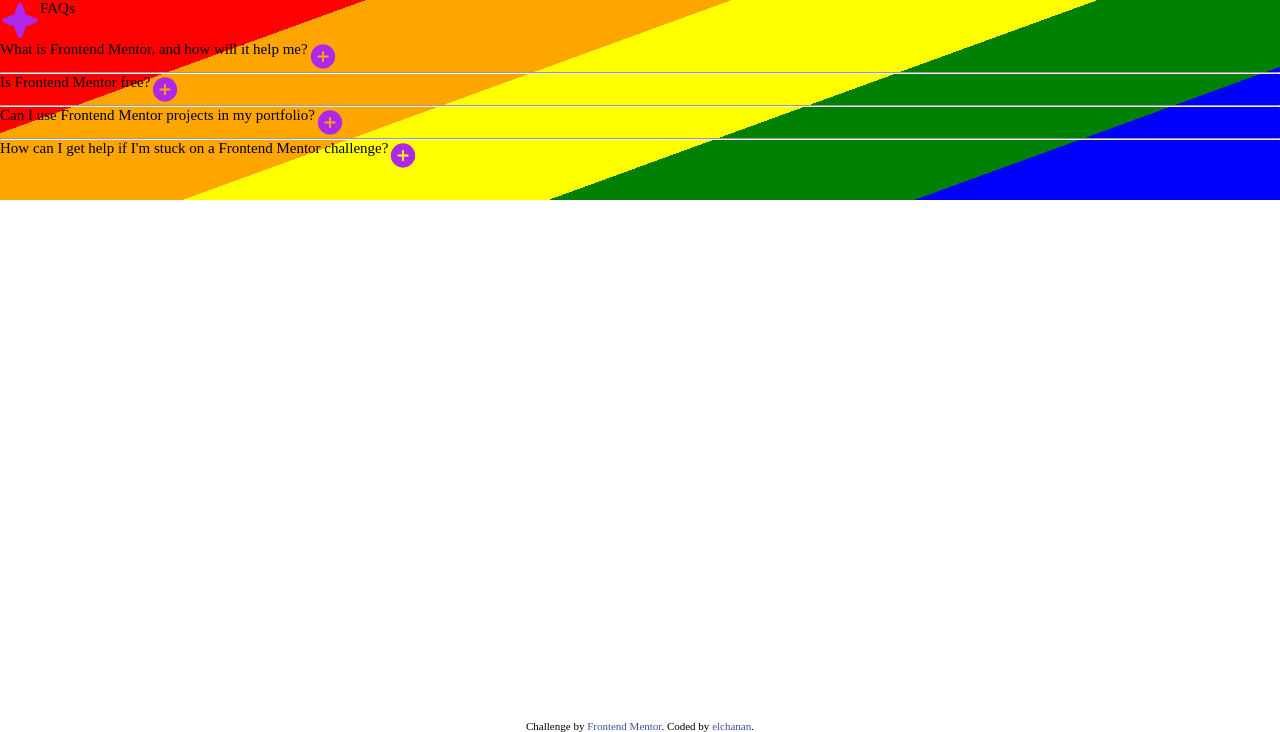
Repository: elchananChen/frontend-mentor-projects
Page: 2024/10/faQs/index.html
These files come from the project's save history. The page is drawn as it stood at one moment and after the next save; the edit follows.
The browser window is 1280 px wide. The pictures show the whole page.

Above is the page before, as saved 2024-10-13 05:38:45.

### 2024/10/faQs/index.html
<!DOCTYPE html>
<html lang="en">
  <head>
    <meta charset="UTF-8" />
    <meta name="viewport" content="width=device-width, initial-scale=1.0" />

    <link
      rel="icon"
      type="image/png"
      sizes="32x32"
      href="./assets/images/favicon-32x32.png"
    />

    <title>Frontend Mentor | FAQ accordion</title>

    <style>
      .attribution {
        font-size: 11px;
        text-align: center;
      }
      .attribution a {
        color: hsl(228, 45%, 44%);
      }
    </style>
    <link rel="stylesheet" href="./style.css" />
  </head>
  <body>
    <article>
      <div class="card">
        <header>
          <div class="flex">
            <div><img src="./assets/images/icon-star.svg" alt="" /></div>
            <h1>FAQs</h1>
          </div>
        </header>
        <main>
          <div class="flex">
            <h3>What is Frontend Mentor, and how will it help me?</h3>
            <div><img src="./assets/images/icon-plus.svg" alt="" /></div>
          </div>
          <p class="hidden">
            Frontend Mentor offers realistic coding challenges to help
            developers improve their frontend coding skills with projects in
            HTML, CSS, and JavaScript. It's suitable for all levels and ideal
            for portfolio building.
          </p>
          <hr />
          <div class="flex">
            <h3>Is Frontend Mentor free?</h3>
            <div><img src="./assets/images/icon-plus.svg" alt="" /></div>
          </div>
          <p class="hidden">
            Yes, Frontend Mentor offers both free and premium coding challenges,
            with the free option providing access to a range of projects
            suitable for all skill levels.
          </p>
          <hr />
          <div class="flex">
            <h3>Can I use Frontend Mentor projects in my portfolio?</h3>
            <div><img src="./assets/images/icon-plus.svg" alt="" /></div>
          </div>
          <p class="hidden">
            Yes, you can use projects completed on Frontend Mentor in your
            portfolio. It's an excellent way to showcase your skills to
            potential employers!
          </p>
          <hr />
          <div class="flex">
            <h3>
              How can I get help if I'm stuck on a Frontend Mentor challenge?
            </h3>
            <div><img src="./assets/images/icon-plus.svg" alt="" /></div>
          </div>
          <p class="hidden">
            The best place to get help is inside Frontend Mentor's Discord
            community. There's a help channel where you can ask questions and
            seek support from other community members.
          </p>
        </main>
      </div>
    </article>
    <div class="attribution">
      Challenge by
      <a href="https://www.frontendmentor.io?ref=challenge" target="_blank"
        >Frontend Mentor</a
      >. Coded by <a href="#">elchanan</a>.
    </div>
  </body>
</html>

### 2024/10/faQs/style.css
@import url("./css/reset.css");
@import url("./css/varieble.css");
@import url("./css/fonts.css");
@import url("./css/utilities.css");

article {
  min-height: 100vh;
  width: 100%;
}
.card {
  /* min-height: 100vh; */
  width: 100%;
  height: 200px;
  /* background: -moz-linear-gradient(left, blue 75%, white 25%); */
  background: linear-gradient(
    160deg,
    red 20%,
    orange 20% 40%,
    yellow 40% 60%,
    green 60% 80%,
    blue 80%
  );
  /* background: linear-gradient(to top, blue 25%, white 25%, red 50%); */
}
header {
}

### 2024/10/faQs/css/reset.css
* {
  box-sizing: border-box;
  margin: 0;
  padding: 0;
}
html {
  font-family: "overpass-Regular";
}
html,
body {
  min-height: 100vh;
  width: 100%;
  font-size: 15px;
}

img {
  display: block;
  max-width: 100%;
}
h1,
h2,
h3,
h4,
h5,
h6 {
  font-size: 1rem;
  font-weight: normal;
}
button {
  border: 0px;
}

ul,
ol {
  padding-left: 0.5rem;
}
a {
  text-decoration: none;
  color: inherit;
}

### 2024/10/faQs/css/utilities.css
.flex {
  display: flex;
}
.hidden {
  display: none;
}

Loaded but not shown: 2024/10/faQs/css/fonts.css (no copy from this time; the picture is the same without it); 2024/10/faQs/css/varieble.css (no stored copy; drawn as an empty file)

After the next save:
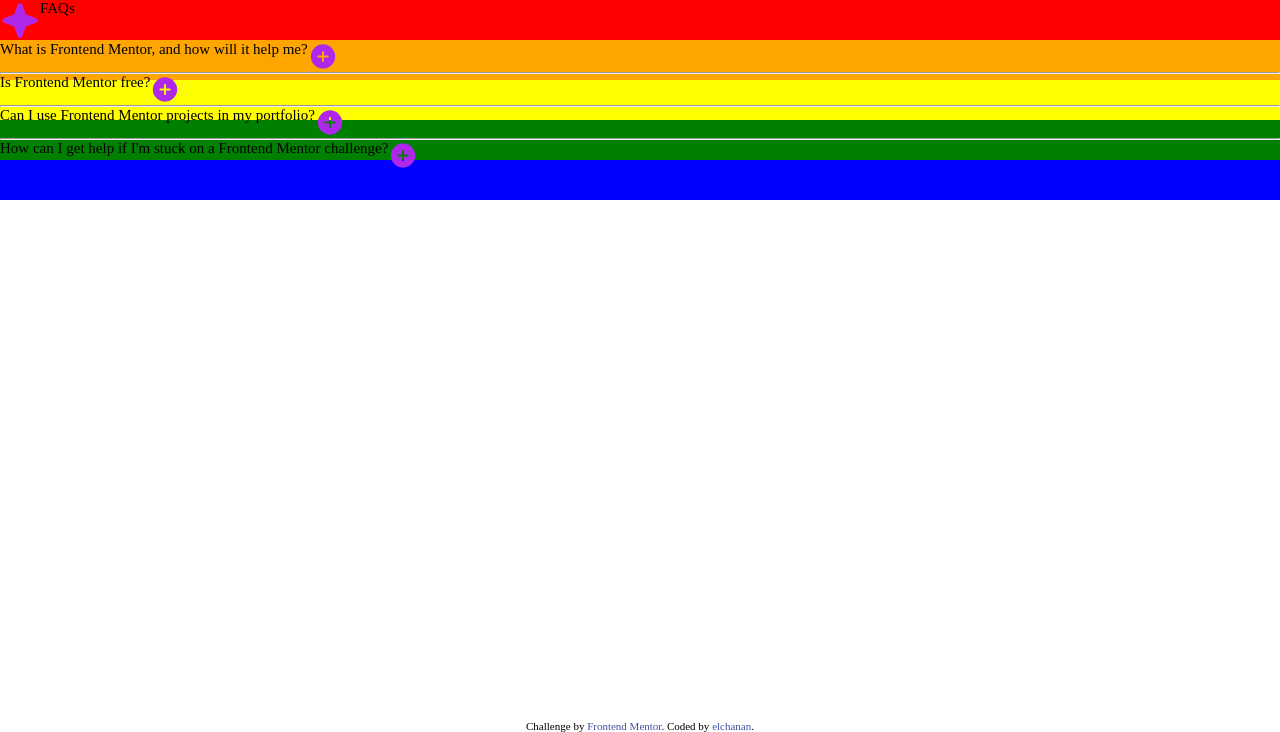
Saved 5 s later.
--- a/2024/10/faQs/style.css
+++ b/2024/10/faQs/style.css
@@ -13,7 +13,7 @@
   height: 200px;
   /* background: -moz-linear-gradient(left, blue 75%, white 25%); */
   background: linear-gradient(
-    160deg,
+    180deg,
     red 20%,
     orange 20% 40%,
     yellow 40% 60%,
